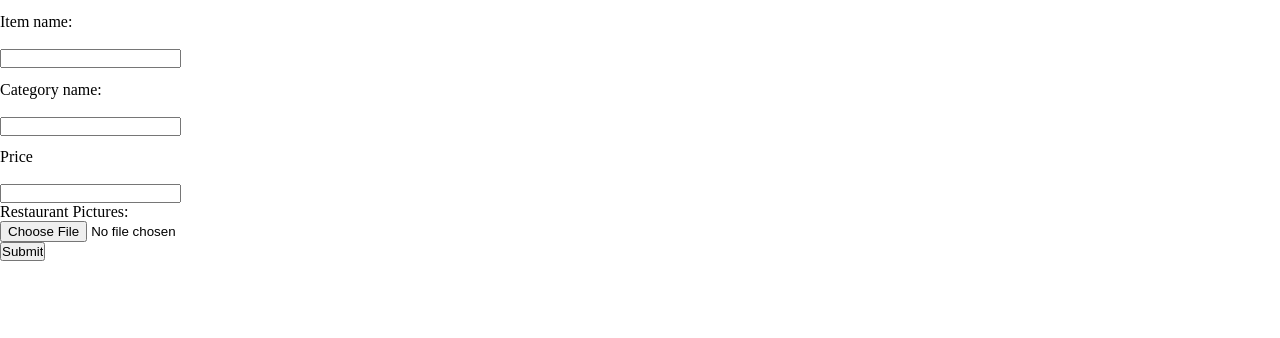
Repository: jatannoury/Ecommerce-Laravel-Electron
Page: Admin-electron/src/HTML/add_item.html
The author's editor kept a copy of each file at every save. The page is drawn from the files as they stood at one save, then again after a run of saves.
The browser window is 1280 px wide. The pictures show the whole page.

Above is the page before, as saved 2022-06-10 22:28:30.

### Admin-electron/src/HTML/add_item.html
<!DOCTYPE html>
<html lang="en">

    <head>
        <meta charset="UTF-8">
        <link rel="stylesheet" href="../CSS/styles.css">
        <title>Admin-Add_item</title>
    </head>

    <body>
        <form action="/action_page.php">
            <div for="item_name" class="one" id="item_name ">Item name:</div><br>
            <input type="text"  name="fname" ><br>
            <div for="Category_name" class="one" id="Category_name">Category name:</div><br>
            <input type="text"  name="fname" ><br>
            <div for="price" class="one" id="price">Price</div><br>
            <input type="text"  name="fname" ><br>
            <div >
            <label for="pictures">Restaurant Pictures:</label><br>
            <input id="pictures" type="file" accept="image/*">
            </div>
            <input type="submit" value="Submit">

        </form>
    </body>
</html>

### Admin-electron/src/CSS/styles.css
*{
    padding: 0;
    margin: 0;
    box-sizing: border-box;
}
.box-1, .box-2{
    padding:5% 5% 5% 5%;
    margin-left:0% ;
    margin-top: 20%;
    border-radius: 20px;
}

.box-1{
    margin-left: 30%;
}

.box-2{
    margin-left: 5%;
}

 .box-2:hover, .box-1:hover{
    border-color: red;
}

.one{
    margin-top: 1%;
}

After the next 4 saves:
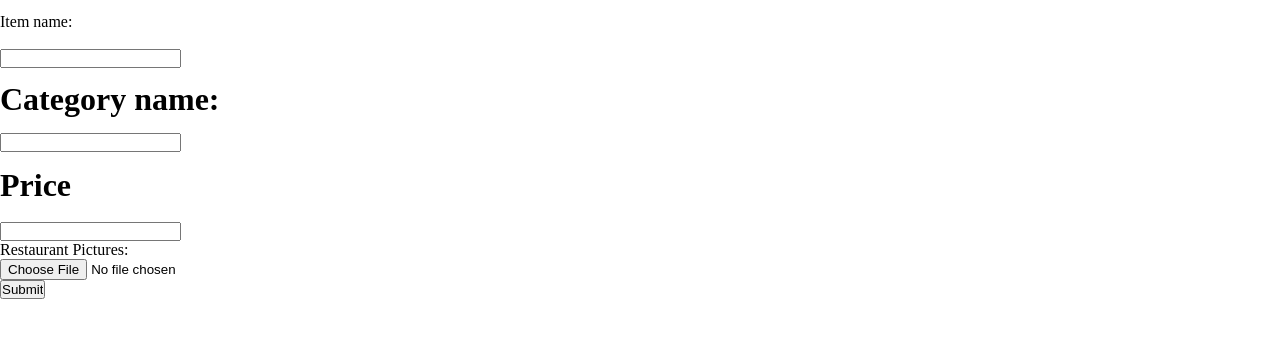
The 4 saves are shown as one change because they came seconds apart.
The last was saved 9 s later.
--- a/Admin-electron/src/HTML/add_item.html
+++ b/Admin-electron/src/HTML/add_item.html
@@ -11,9 +11,9 @@
         <form action="/action_page.php">
             <div for="item_name" class="one" id="item_name ">Item name:</div><br>
             <input type="text"  name="fname" ><br>
-            <div for="Category_name" class="one" id="Category_name">Category name:</div><br>
+            <h1 for="Category_name" class="one" id="Category_name">Category name:</div><br>
             <input type="text"  name="fname" ><br>
-            <div for="price" class="one" id="price">Price</div><br>
+            <h1 for="price" class="one" id="price">Price</h1><br>
             <input type="text"  name="fname" ><br>
             <div >
             <label for="pictures">Restaurant Pictures:</label><br>
